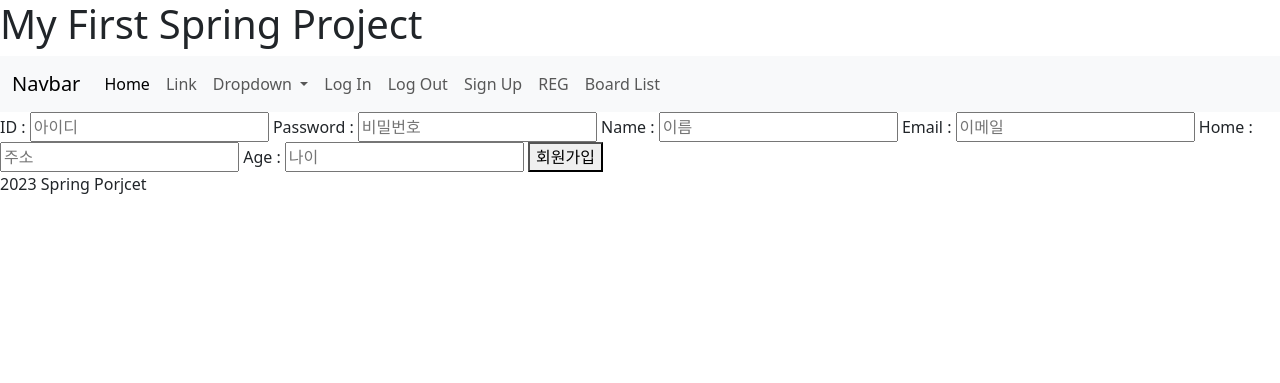
Repository: Leesunghoon1/ezenSpring
Page: http://localhost/spring-Test/WEB-INF/views/member/signup.jsp
An editor plug-in stored every save of this project. The page is shown before and after the next save, followed by the edit.
The browser window is 1280 px wide. The pictures show the whole page.
The page is served by Tomcat 9. Nobody is signed in. The template is opened directly, without the code that normally fills it, so the values that code supplies are empty.

Above is the page before, as saved 2023-10-06 07:33:21.

After the next save:
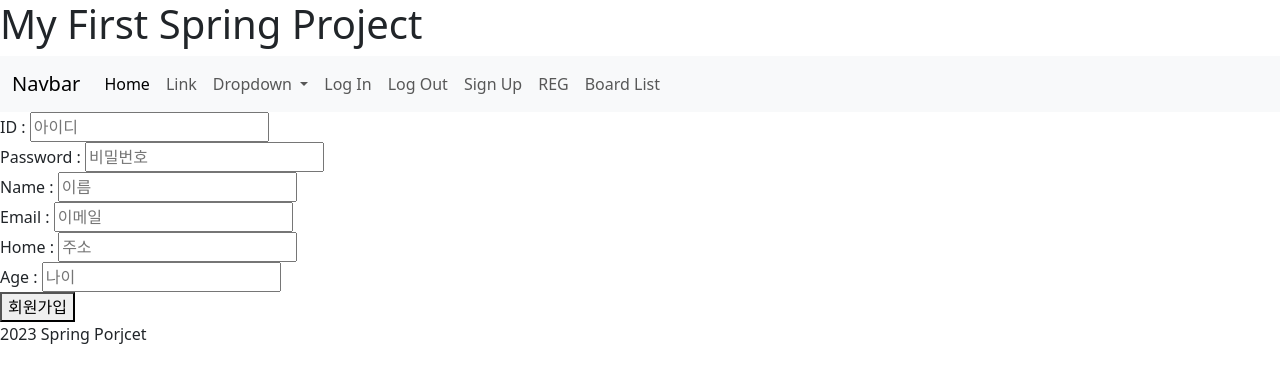
Saved 31 s later.
--- a/spring-Test/src/main/webapp/WEB-INF/views/member/signup.jsp
+++ b/spring-Test/src/main/webapp/WEB-INF/views/member/signup.jsp
@@ -10,12 +10,13 @@
 <body>
 <jsp:include page="../layout/header.jsp"></jsp:include>
 <form action="/member/signup" method="post">
-ID : <input type="text" name="id" placeholder="아이디">
-Password : <input type="password" name="pw" placeholder="비밀번호">
-Name : <input type="text" name="name" placeholder="이름">
-Email : <input type="text" name="email" placeholder="이메일">
-Home : <input type="text" name="home" placeholder="주소">
-Age : <input type="text" name="age" placeholder="나이">
+
+ID : <input type="text" name="id" placeholder="아이디"><br>
+Password : <input type="password" name="pw" placeholder="비밀번호"><br>
+Name : <input type="text" name="name" placeholder="이름"><br>
+Email : <input type="text" name="email" placeholder="이메일"><br>
+Home : <input type="text" name="home" placeholder="주소"><br>
+Age : <input type="text" name="age" placeholder="나이"><br>
 
 <button type="submit">회원가입</button>
 </form>
